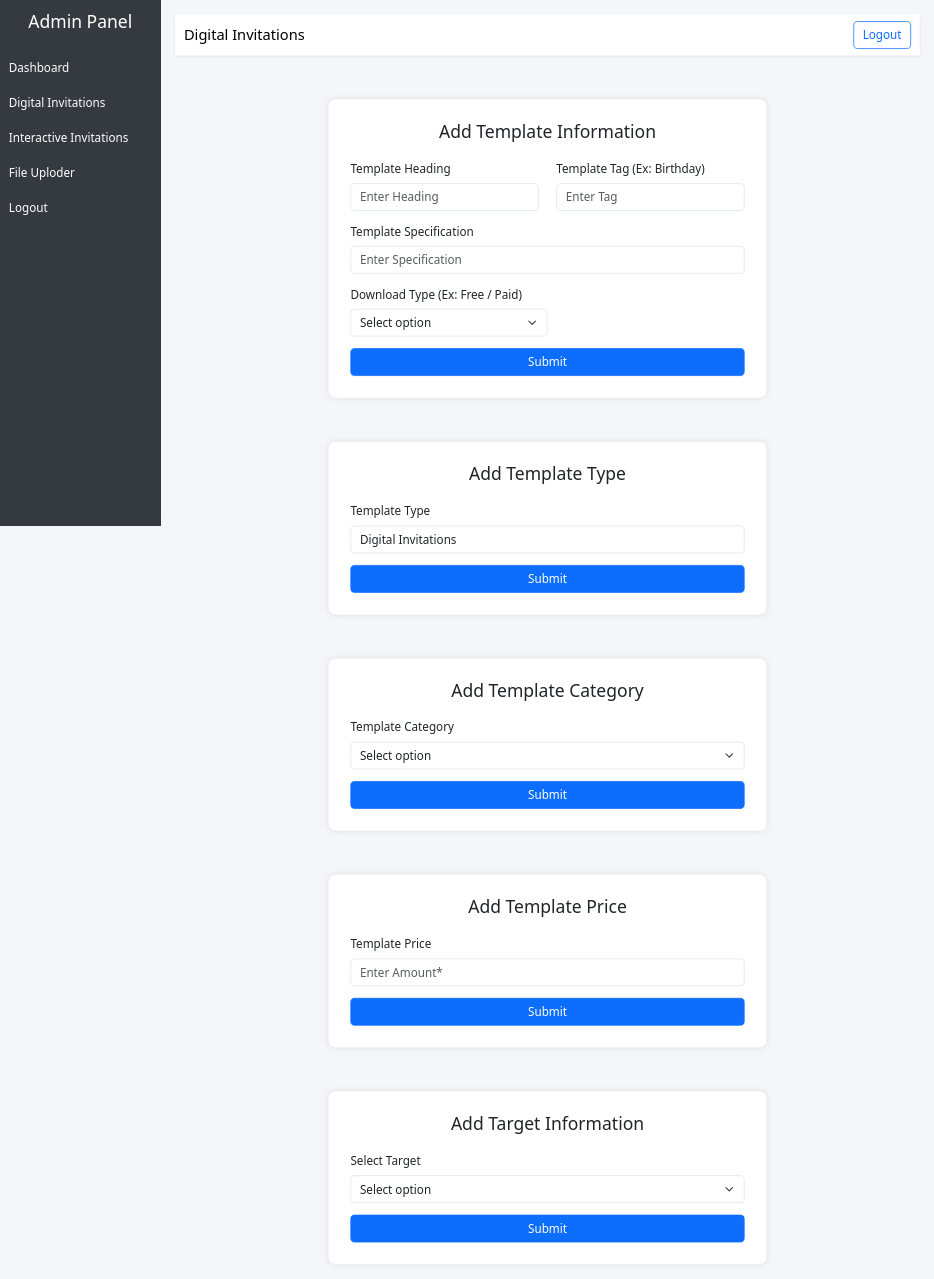
Repository: viraj7551/Flying-Invite-Project
Page: http://localhost/Admin03/digital_invitation.jsp
These files come from the project's save history. The page is drawn as it stood at one moment and after the next save; the edit follows.
The browser window is 1280 px wide. The pictures show the whole page, at 73% of full size.
Some web fonts or font styles are not loaded; a fallback is used. The page is served by Tomcat 9.

Above is the page before, as saved 2026-07-18 17:34:29.

After the next save:
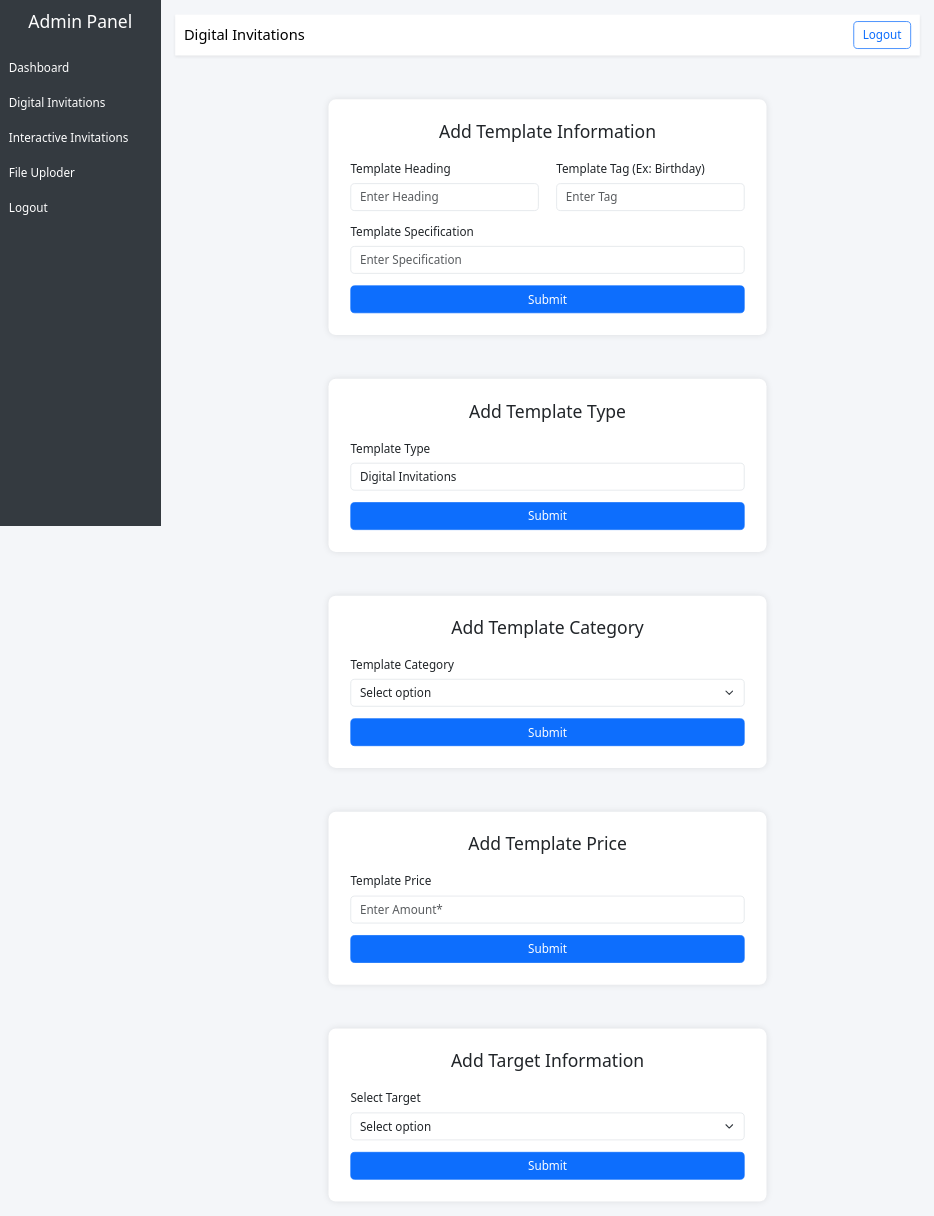
Saved 12 s later.
--- a/Admin03/WebContent/digital_invitation.jsp
+++ b/Admin03/WebContent/digital_invitation.jsp
@@ -148,16 +148,6 @@ margin-left:0;
       <label class="form-label">Template Specification</label>
       <input type="text" class="form-control" placeholder="Enter Specification" name="template_specification">
 </div>
-
-
-     <div class="col-md-6 mb-3">
-              <label class="form-label">Download Type (Ex: Free / Paid)</label>
-              <select class="form-select" name="template_download_type">
-                 <option selected>Select option</option>
-                 <option value="Free">Free</option>
-                 <option value="Pay">Pay</option>
-             </select>
-     </div>
 
 <div class="d-grid">
       <button type="submit" class="btn btn-primary">Submit </button>
